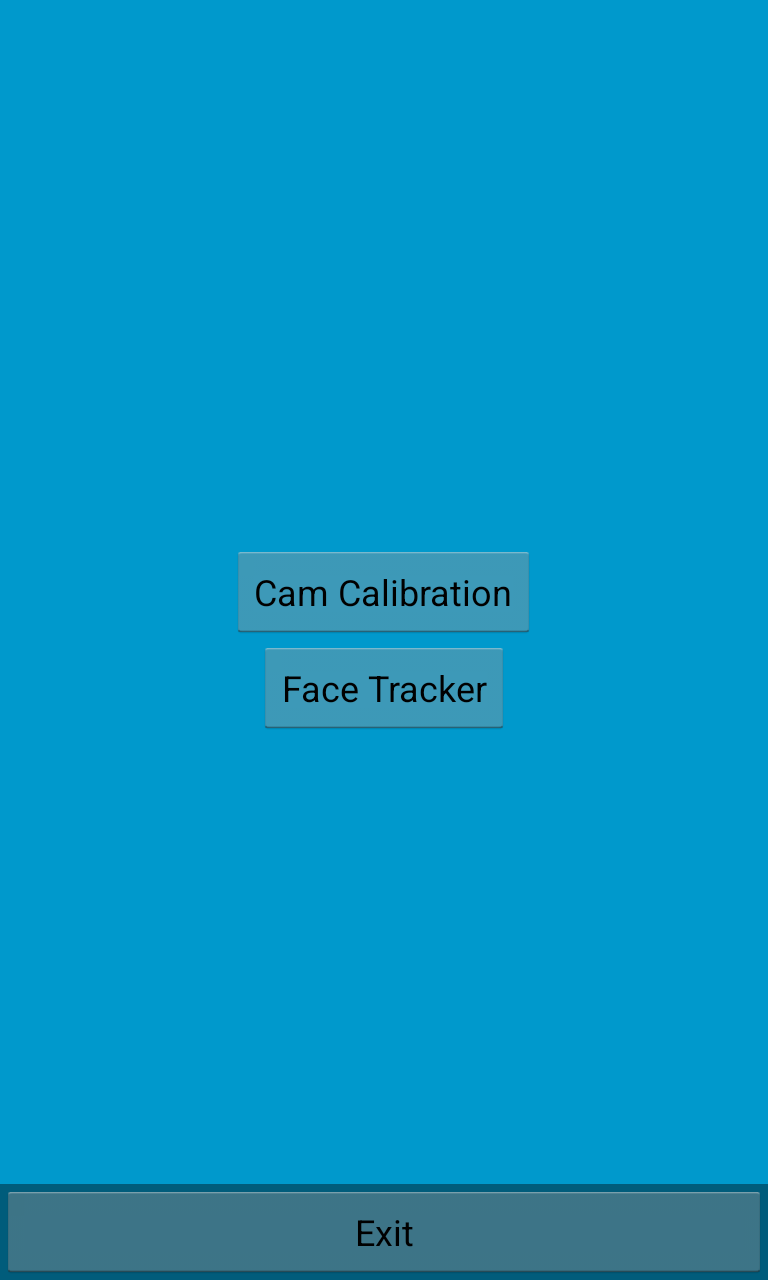
Repository: anuragawasthi89/AndroidImageProcessing
Layout: CVProcessor/res/layout/activity_main_window.xml
The author's editor kept a copy of each file at every save. The layout is drawn from the files as they stood at one save, then again after the next save.
It is drawn on a 768 x 1280 px phone screen (xhdpi) without system bars, with theme AppTheme; the app's code is not run.

Above is the layout before, as saved 2014-02-07 19:05:55.

### CVProcessor/res/layout/activity_main_window.xml
<FrameLayout xmlns:android="http://schemas.android.com/apk/res/android"
    xmlns:tools="http://schemas.android.com/tools"
    android:layout_width="match_parent"
    android:layout_height="match_parent"
    android:background="#0099cc"
    tools:context=".MainWindow" >

    <!--
         The primary full-screen view. This can be replaced with whatever view
         is needed to present your content, e.g. VideoView, SurfaceView,
         TextureView, etc.
    -->

    <LinearLayout
        android:id="@+id/fullscreen_content"
        android:layout_width="match_parent"
        android:layout_height="match_parent"
        android:gravity="center"
        android:keepScreenOn="true"
        android:orientation="vertical">

		<Button
		   android:id="@+id/view_camera_calibration_button"
		   android:layout_width="wrap_content"
		   android:layout_height="wrap_content"
		   android:text="@string/view_camera_calibration_button" />

		<Button
		   android:id="@+id/face_tracking_button"
		   android:layout_width="wrap_content"
		   android:layout_height="wrap_content"
		   android:text="@string/face_tracking_button" />

        </LinearLayout>

    <!--
         This FrameLayout insets its children based on system windows using
         android:fitsSystemWindows.
    -->

    <FrameLayout
        android:layout_width="match_parent"
        android:layout_height="match_parent"
        android:fitsSystemWindows="true" >

        <LinearLayout
            android:id="@+id/fullscreen_content_controls"
            style="?buttonBarStyle"
            android:layout_width="match_parent"
            android:layout_height="wrap_content"
            android:layout_gravity="bottom|center_horizontal"
            android:background="@color/black_overlay"
            android:orientation="horizontal"
            tools:ignore="UselessParent" >

            <Button
                android:id="@+id/exit_button"
                style="?buttonBarButtonStyle"
                android:layout_width="0dp"
                android:layout_height="wrap_content"
                android:layout_weight="1"
                android:text="@string/exit_button" />
        </LinearLayout>
    </FrameLayout>

</FrameLayout>

### CVProcessor/res/values/strings.xml
<?xml version="1.0" encoding="utf-8"?>
<resources>

    <string name="app_name">CV Processor</string>
    <string name="exit_button">Exit</string>
    <string name="dummy_content">DUMMY\nCONTENT</string>
    <string name="view_camera_calibration_button">Cam Calibration</string>
    <string name="face_tracking_button">Face Tracker</string>

</resources>

Loaded but not shown: CVProcessor/res/values/styles.xml (common file); CVProcessor/res/values-v11/styles.xml (common file); CVProcessor/res/values-v14/styles.xml (common file); CVProcessor/res/values/colors.xml (common file)

After the next save:
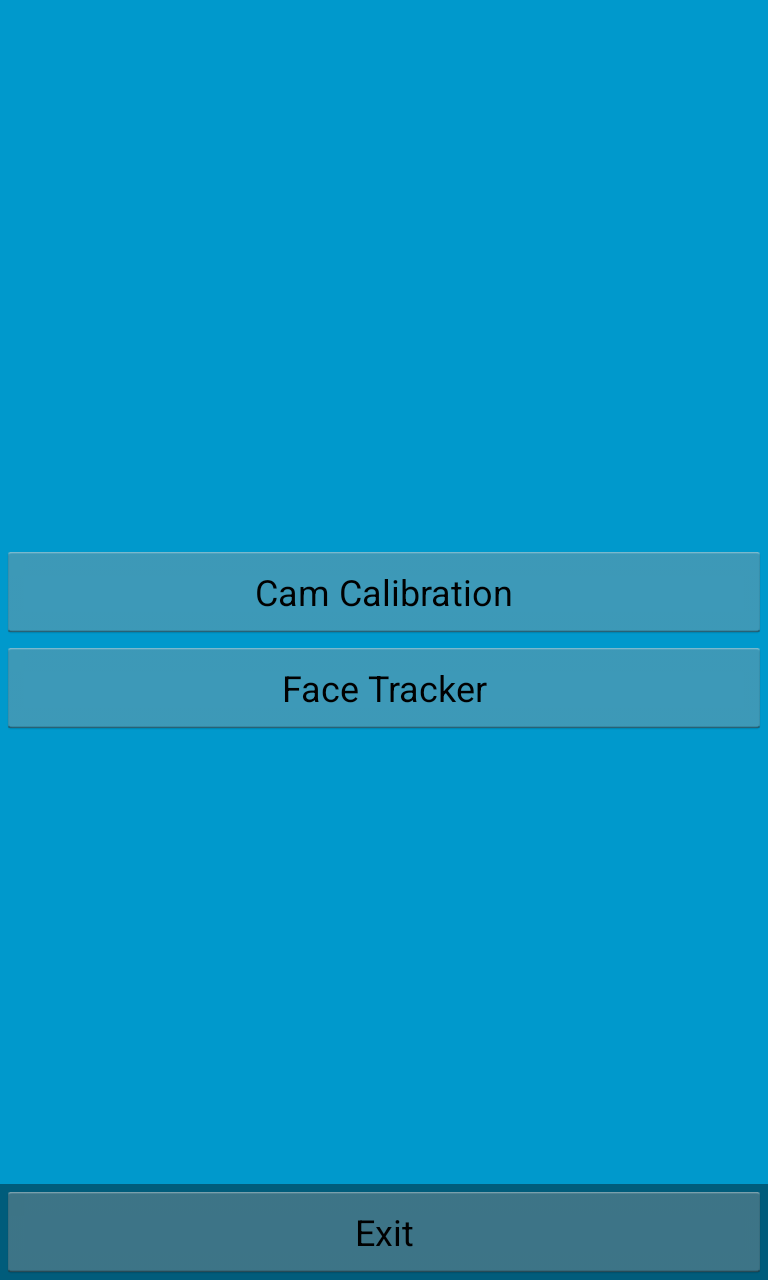
Saved 2 min 41 s later.
--- a/CVProcessor/res/layout/activity_main_window.xml
+++ b/CVProcessor/res/layout/activity_main_window.xml
@@ -21,13 +21,13 @@
 
 		<Button
 		   android:id="@+id/view_camera_calibration_button"
-		   android:layout_width="wrap_content"
+		   android:layout_width="match_parent"
 		   android:layout_height="wrap_content"
 		   android:text="@string/view_camera_calibration_button" />
 
 		<Button
 		   android:id="@+id/face_tracking_button"
-		   android:layout_width="wrap_content"
+		   android:layout_width="match_parent"
 		   android:layout_height="wrap_content"
 		   android:text="@string/face_tracking_button" />
 

After the save that followed:
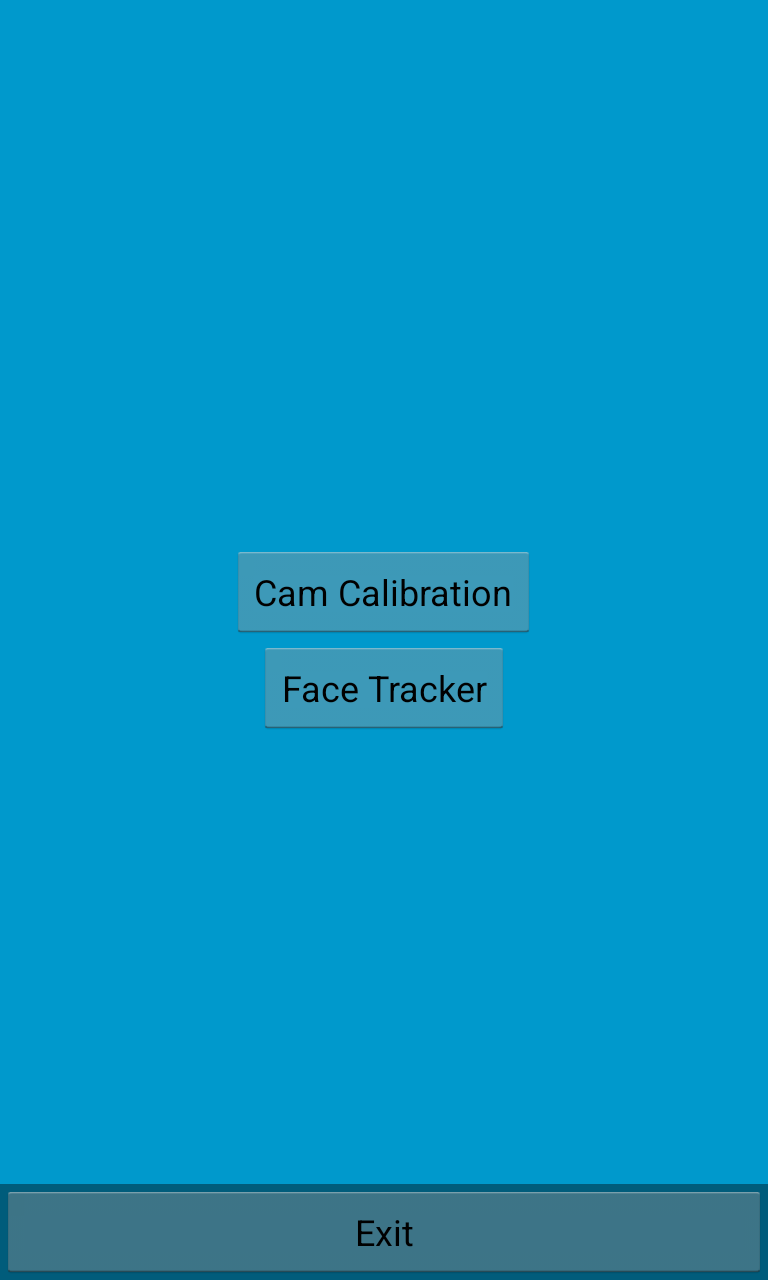
Saved 39 s later.
--- a/CVProcessor/res/layout/activity_main_window.xml
+++ b/CVProcessor/res/layout/activity_main_window.xml
@@ -21,13 +21,13 @@
 
 		<Button
 		   android:id="@+id/view_camera_calibration_button"
-		   android:layout_width="match_parent"
+		   android:layout_width="wrap_content"
 		   android:layout_height="wrap_content"
 		   android:text="@string/view_camera_calibration_button" />
 
 		<Button
 		   android:id="@+id/face_tracking_button"
-		   android:layout_width="match_parent"
+		   android:layout_width="wrap_content"
 		   android:layout_height="wrap_content"
 		   android:text="@string/face_tracking_button" />
 
